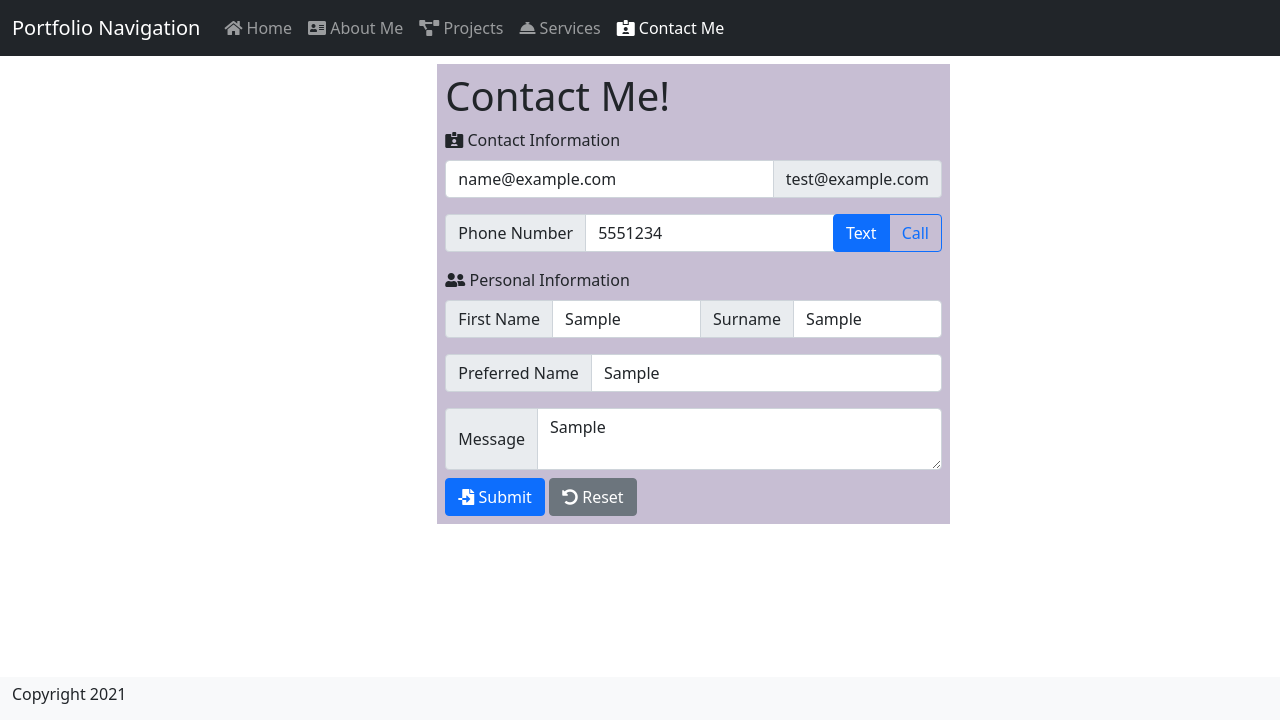
Repository: GarlicButterBoy/Portfolio
Page: contact.html
An editor plug-in stored every save of this project. The page is shown before and after a run of saves, followed by the edit.
The browser window is 1280 px wide. The page is 1284 px wide, so the pictures cover 1284 px, including what lies to the right of the window. The pictures show the whole page.
Empty fields were first filled with sample values (such as "Sample", 5 or name@example.com).
After loading, the first visible `#emailAddress` was changed once.

Above is the page before, as saved 2021-06-14 12:15:00.
Console error (its wording comes from the project's code and is left out).

After the next 5 saves:
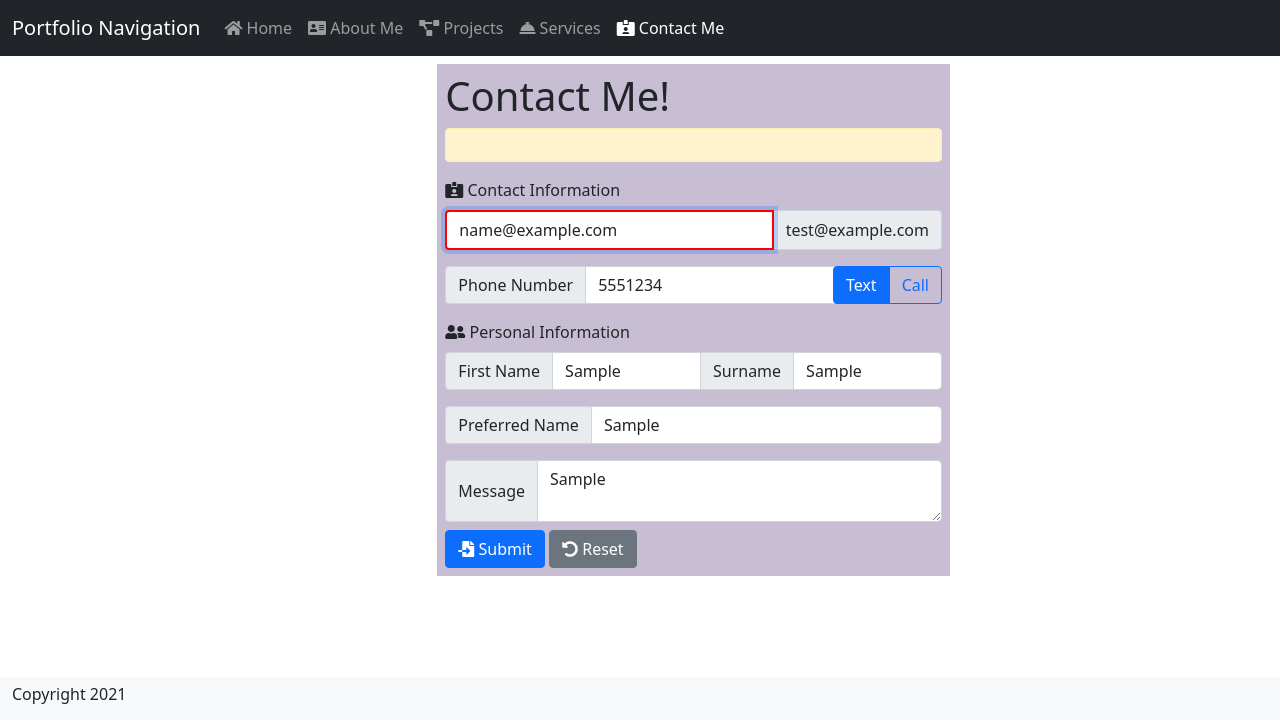
The error is gone.
The 5 saves are shown as one change because they came seconds apart.
The last was saved 13 s later.
--- a/Scripts/app.js
+++ b/Scripts/app.js
@@ -121,7 +121,7 @@ class Contact
 
         //Email Validation (Lite)
         $("#emailAddress").on("change", (e) => {
-            validateInput("#")
+            validateInput("#emailAddress", ($("")))
             /* if(($("#emailAddress").val().length < 8) || (!$("#emailAddress").val().includes("@")))
             {
                 $("#errorMessage")[0].textContent = "Email is too short";
